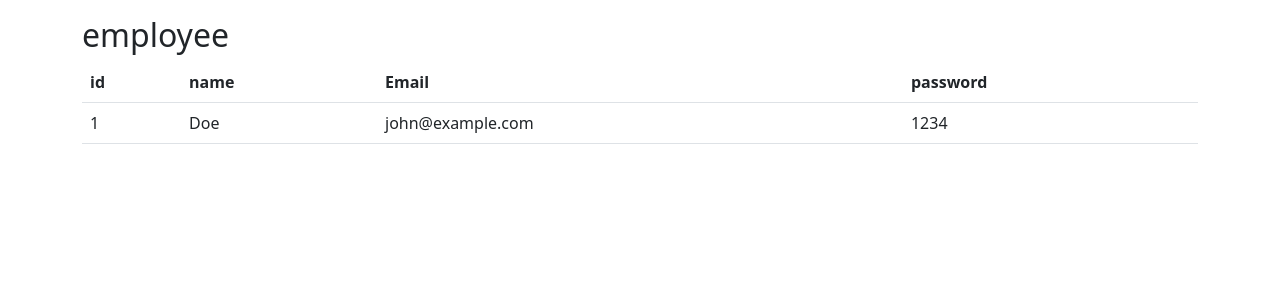
Repository: HoangLinh2001/PHP
Page: http://localhost/list_employee.php
An editor plug-in stored every save of this project. The page is shown before and after the next save, followed by the edit.
The browser window is 1280 px wide. The pictures show the whole page.
The page is run by PHP 8.4 with error messages shown; the project is at /var/www/html/. Queries for data that is not in the repository find no rows.

Above is the page before, as saved 2023-06-20 20:33:08.

After the next save:
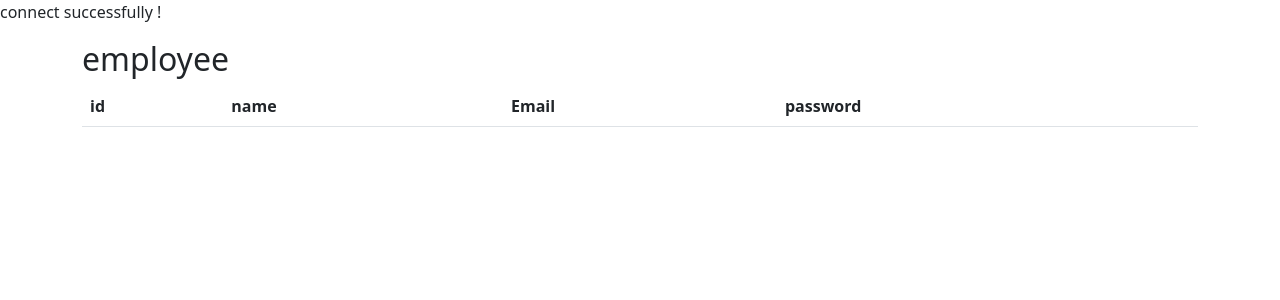
Saved 11 min 56 s later.
--- a/DEMOPHPBUOI2/list_employee.php
+++ b/DEMOPHPBUOI2/list_employee.php
@@ -8,7 +8,11 @@
   <script src="https://cdn.jsdelivr.net/npm/bootstrap@5.2.3/dist/js/bootstrap.bundle.min.js"></script>
 </head>
 <body>
-
+<?php
+require_once('connectdb.php');
+$sql = "SELECT * FROM emptb";
+$result = $con->query($sql);
+?>
 <div class="container mt-3">
   <h2>employee</h2>
   <table class="table">
@@ -21,12 +25,17 @@
       </tr>
     </thead>
     <tbody>
-      <tr>
-        <td>1</td>
-        <td>Doe</td>
-        <td>john@example.com</td>
-        <td>1234</td>
-      </tr>
+    <?php
+    if ($result->num_rows > 0) {
+        foreach ($variable as $item) {?>
+            <tr>
+                <td><?php echo $item['id']; ?></td>
+                <td><?php echo $item['name']; ?></td>
+                <td><?php echo $item['email']; ?></td>
+                <td><?php echo $item['password']; ?></td>
+            </tr>
+        <?php }
+    } ?>
     </tbody>
   </table>
 </div>
